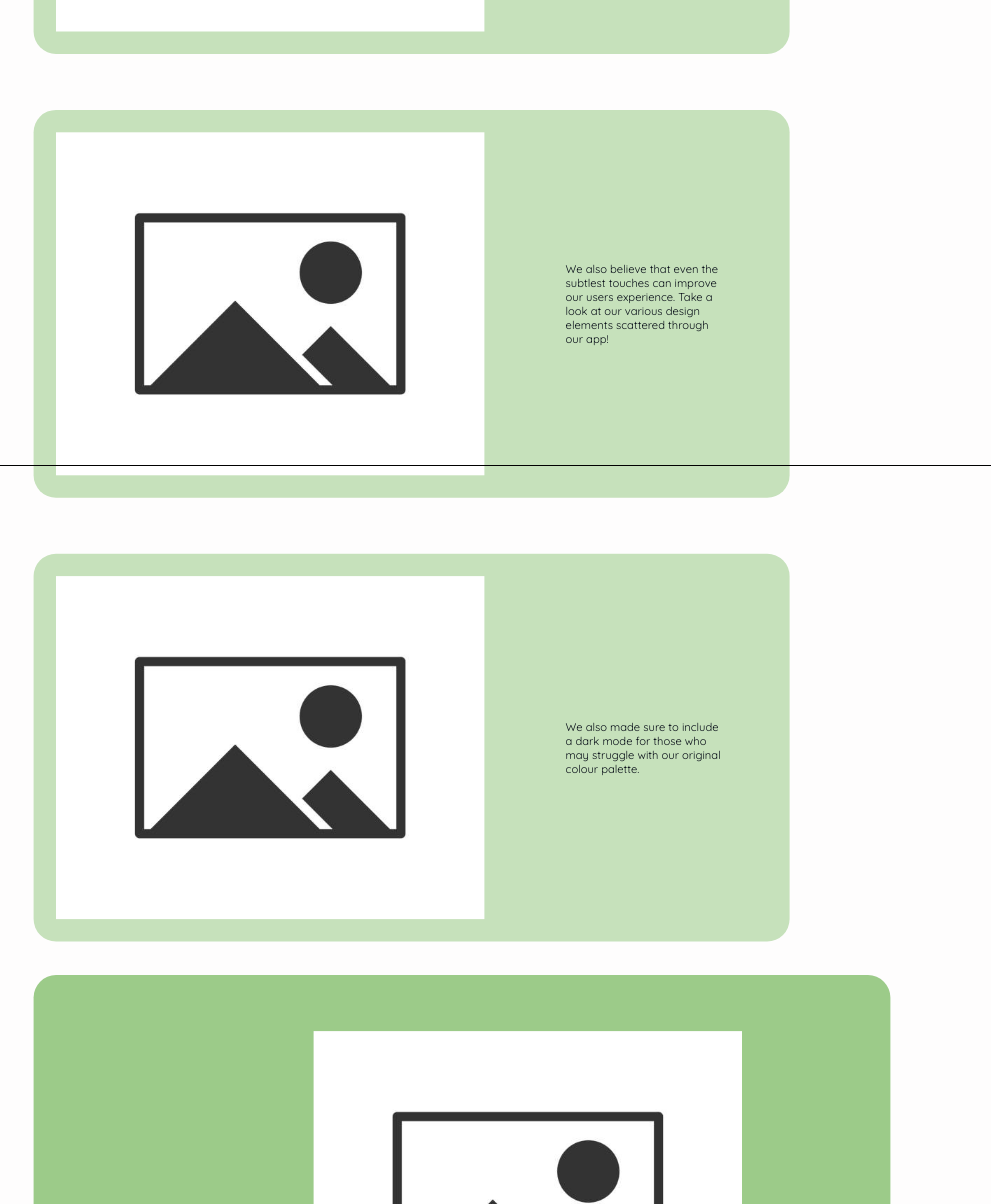
Repository: AlyssaHug/MoolahMate-A5Styleguide
Page: logos.html
An editor plug-in stored every save of this project. The page is shown before and after the next save, followed by the edit.
The browser window is 1280 px wide. The page is 1416 px wide, so the pictures cover 1416 px, including what lies to the right of the window. The pictures show the part of the page from y = 4780 to 6500 px (the page is 7781 px tall before and 7756 px after), at 70% of full size.

Above is the page before, as saved 2025-03-31 12:49:19.

After the next save:
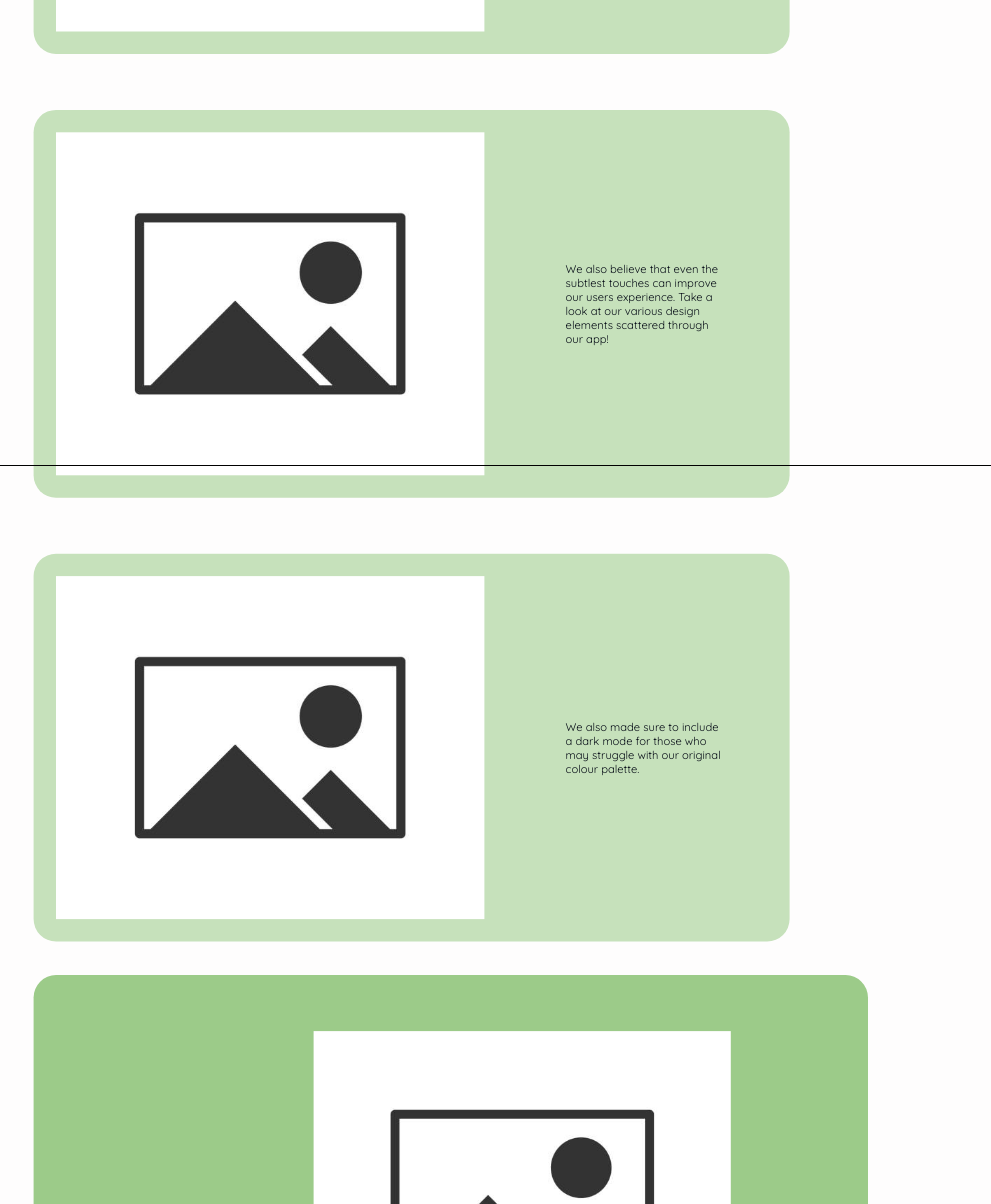
Saved 6 s later.
--- a/Logo-styles.css
+++ b/Logo-styles.css
@@ -218,4 +218,5 @@
     margin-bottom: 3em;
     margin-top: 3em;
     border-radius: 2em;
-}
+    margin-right: 2em;
+}
